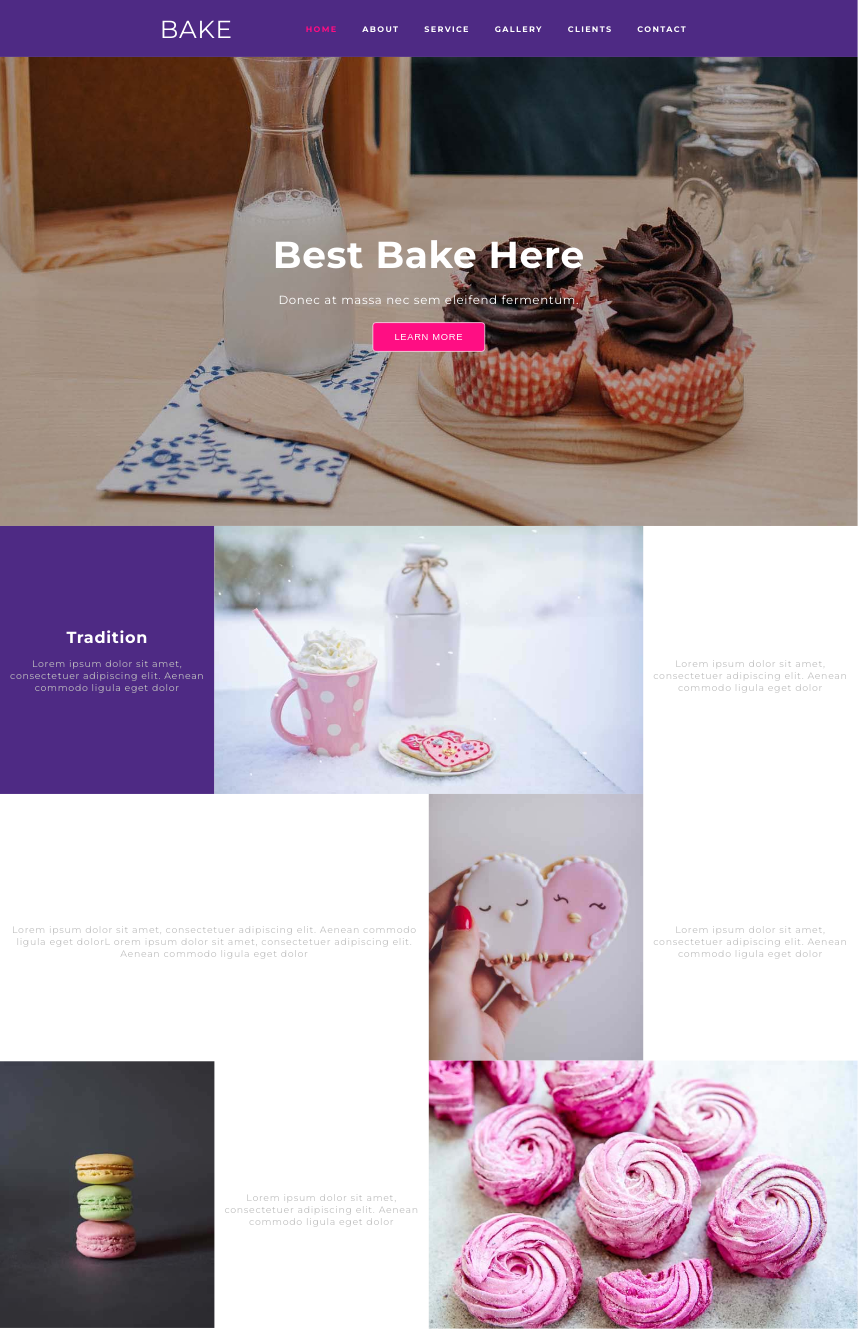
Repository: ducdatit2002/bake-cake
Page: index.html
The author's editor kept a copy of each file at every save. The page is drawn from the files as they stood at one save, then again after the next save.
The browser window is 1280 px wide. The pictures show the whole page, at 67% of full size.

Above is the page before, as saved 2023-07-13 12:34:44.

After the next save:
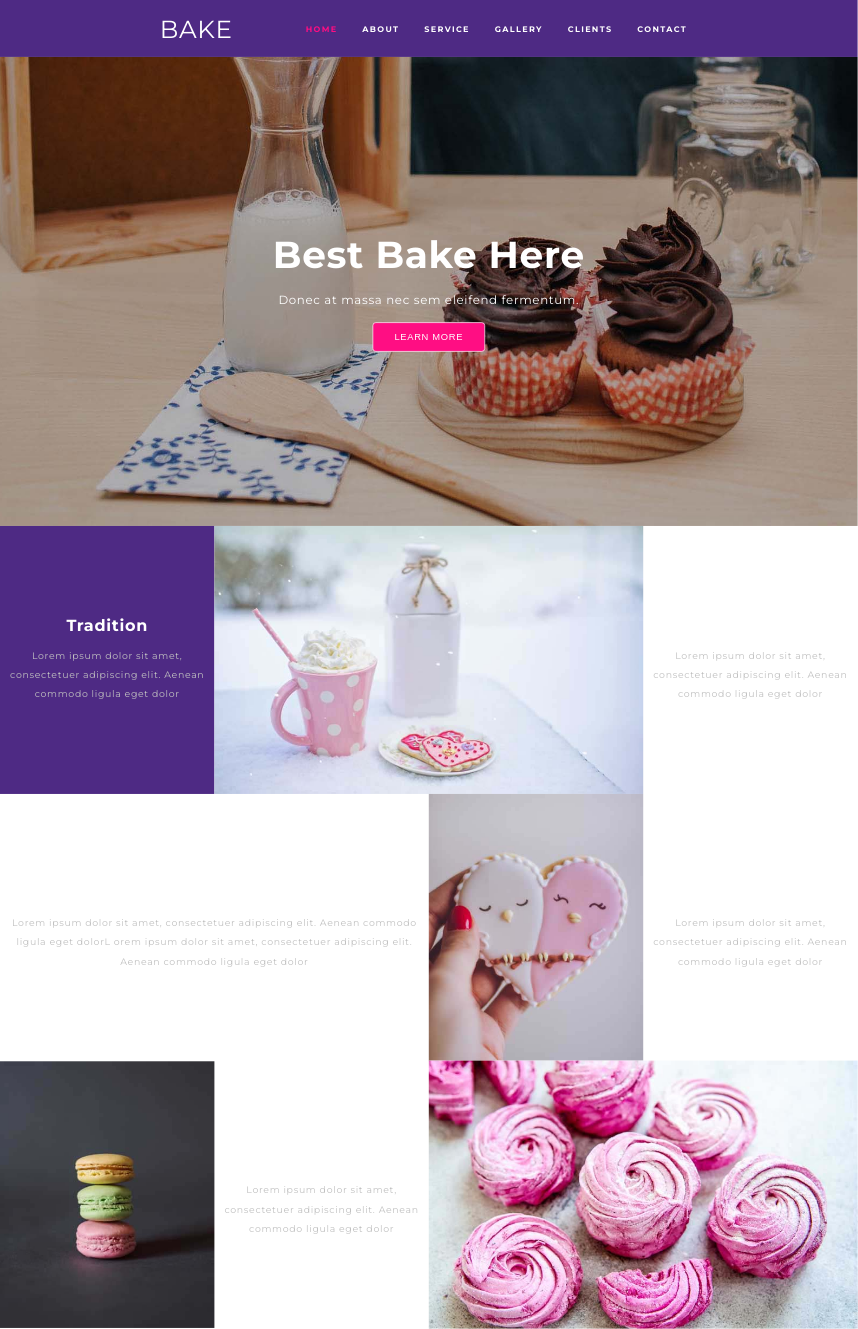
Saved 6 s later.
--- a/index.css
+++ b/index.css
@@ -135,7 +135,7 @@ header {
 .intro__item p {
     font-size: 0.875rem;
     color: #c1c1c1;
-    line-height: ;
+    line-height: 29px;
 }
 .intro .intro__item:first-child {
     background-color: #4e2a84;
